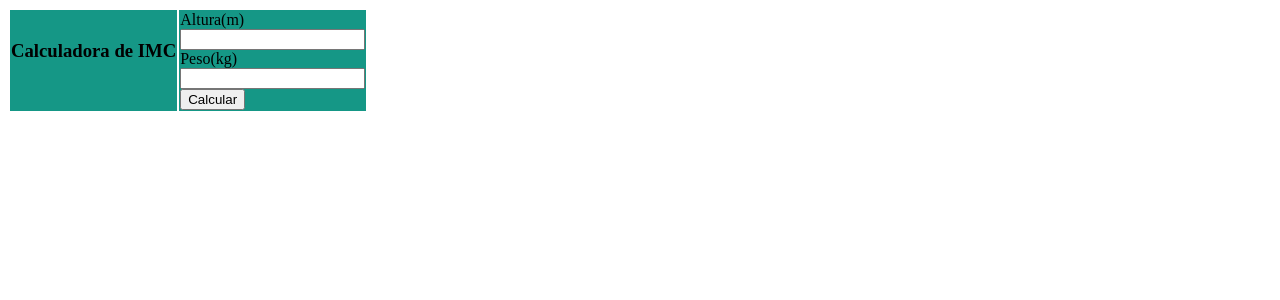
Repository: Patriciamativi/Projetos
Page: index.html
These files come from the project's save history. The page is drawn as it stood at one moment and after the next save; the edit follows.
The browser window is 1280 px wide. The pictures show the whole page.

Above is the page before, as saved 2022-11-21 14:34:57.

After the next save:
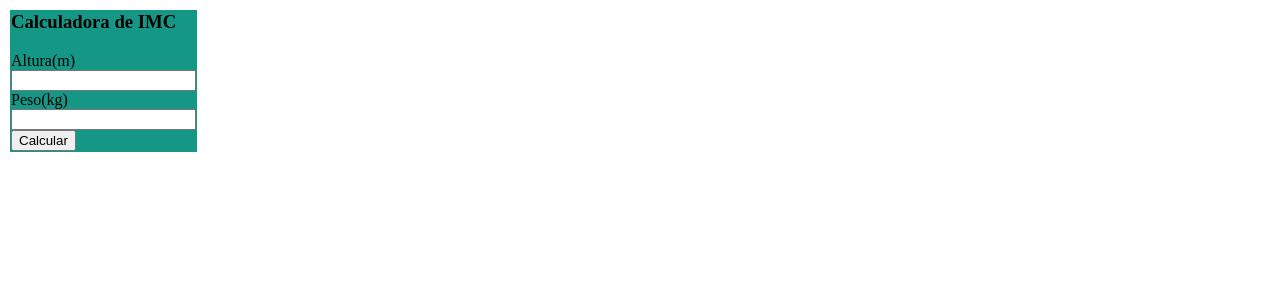
Saved 5 s later.
--- a/index.html
+++ b/index.html
@@ -17,7 +17,7 @@
     <body>
          <tr>
             <td><h3>Calculadora de IMC</h3>
-            <td>Altura(m)<br/>
+            Altura(m)<br/>
             <input type: "number" > </br>
             Peso(kg)<br/>
             <input type: "number" > </br>
